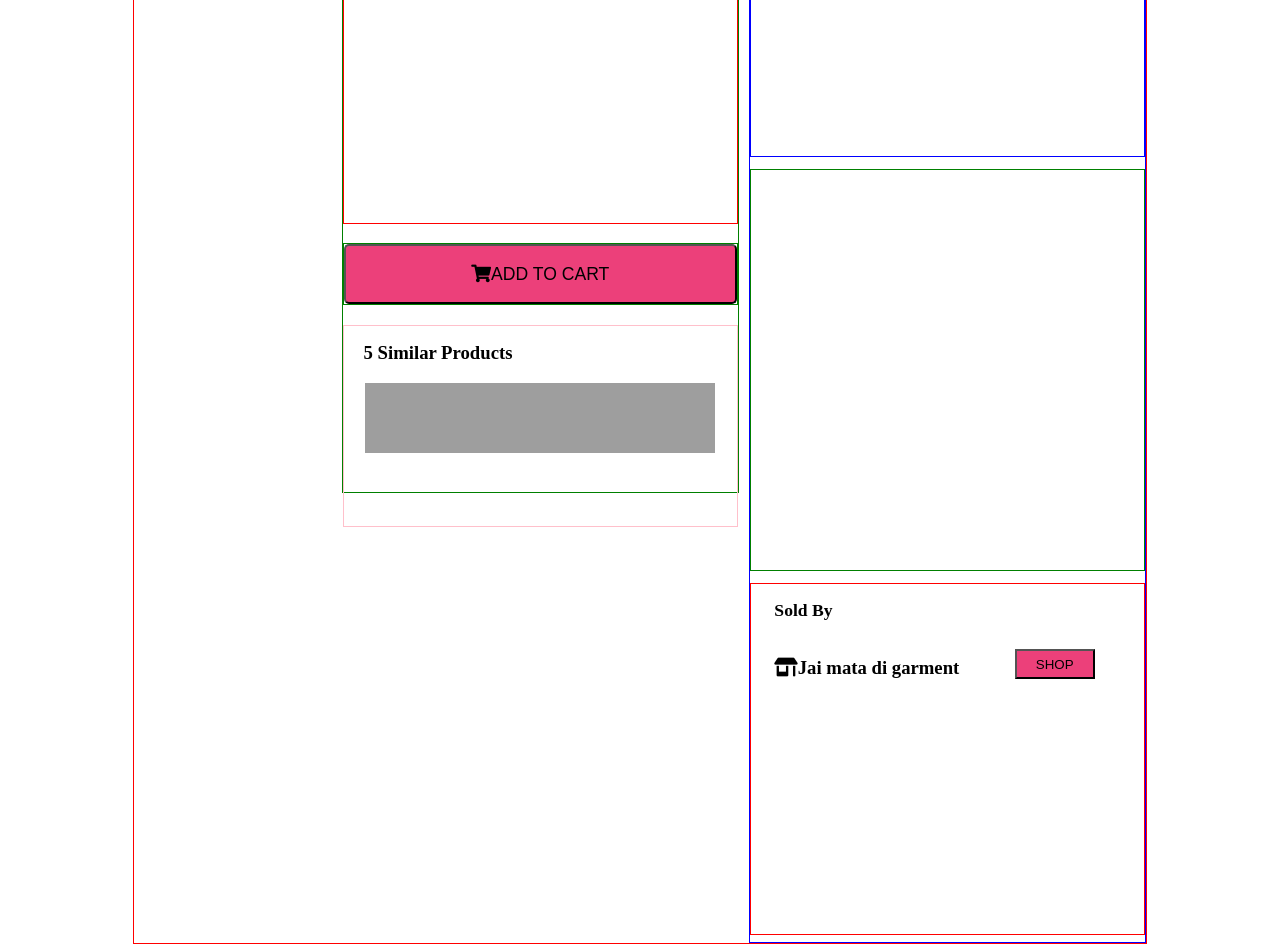
Repository: deepakxxxx/meesho
Page: catelog.html
These files come from the project's save history. The page is drawn as it stood at one moment and after the next save; the edit follows.
The browser window is 1280 px wide. The pictures show the part of the page from y = 419 to 1371 px (the page is 1371 px tall).
Pictures or frames that could not be fetched are drawn as grey boxes. A picture or video elsewhere on the page could not be fetched, so the positions and the page height are approximate.

Above is the page before, as saved 2021-11-06 17:46:54.

### catelog.html
<!DOCTYPE html>
<html lang="en">
<head>
    <meta charset="UTF-8">
    <meta http-equiv="X-UA-Compatible" content="IE=edge">
    <meta name="viewport" content="width=device-width, initial-scale=1.0">
    <link rel="stylesheet" href="https://use.fontawesome.com/releases/v5.15.4/css/all.css" integrity="sha384-DyZ88mC6Up2uqS4h/KRgHuoeGwBcD4Ng9SiP4dIRy0EXTlnuz47vAwmeGwVChigm" crossorigin="anonymous">
    <title>Document</title>
</head>
<style>
      #main{
        width: 100%;
        height: 136px;
        border: 1px solid white;
        margin: auto;
        /* position: fixed; */
    }
    #top{
        width: 100%;
        height: 70px;
        /* border: 1px solid red; */
        display: flex;

    }
    #left{
        display: flex;
        width: 55%;
    }
    #meesho{
      text-decoration: none;
      font-size: 50px;
      color: #F06292;
      font-weight: bold;
      margin-left: 25%;
      margin-top: 1%;
      /* margin-right: 0px; */
    }
    #search{
        /* margin-left: 30%; */
        height: 60px;
        width: 400px;
        border-radius: 6px;
        margin-top: 1%;
        /* margin-left: 0px; */
        border: 1px solid #BDBDBD;
        font-size: 90%;
        /* margin-right: 60%; */
    }
    #right{
        display: flex;
        list-style-type: none;
        column-gap: 30px;

    }
    #rightmain{
        width: 45%;
        margin-right: 6%;
        /* margin-top: 9px; */
    }
    #app{
        text-decoration: none;
        margin-left: 10px;
        margin-top: 9px;
        font-size: 103%;
        color: black;
    }
    #supp{
        text-decoration: none;
        margin-top: 9px;
        font-size: 103%;
        color: black;
    }
    #profile{
        text-decoration: none;
        font-size: 103%;
        color: black;
    }
    #cart{
        text-decoration: none;
        font-size: 103%;
        color: black;
    }
    #app:hover{
        color: #EC407A;
        text-decoration: underline;
    }
    #profile:hover{
        color: #EC407A;
        text-decoration: underline;
    }
    .line1{
        height: 30px;
    }
    .line2{
        color: #BDBDBD;
    }
    #heading
    {
        width: 73%;
        margin:  5% auto auto auto ;
        display: grid;
        grid-template-columns: 23% 54% 23%;
        padding: 1%;
        position: sticky;
    }
    #topic{
        margin-top:-15px;
        text-align: center;
    }
    #collection{
        display: flex;
        margin-left: 2%;
        list-style-type: none;
        font-size: 105%;
        column-gap: 63px;

    }
    ul > a{
        text-decoration: none;
        color: black;
    }
    ul > a :hover{
        color: #EC407A;
        /* text-decoration: underline; */
    }
    #container{
        width: 80%;
        border: 1px solid red;
        margin: auto;
        display: flex;
        margin-top: 1%;
        column-gap: 1%;
    }
    #smallImg{
        width: 20%;
        /* border: 1px solid blue; */
        height: 300px;
    }
    #bigImg{
        width: 40%;
        border: 1px solid green;
        height: 750px;
    }
    #descr{
        width: 40%;
        border: 1px solid blue;
        height: 1200px;
    }
    .product_sneek_peek{
        width: 70px;
        height: 70px;
        border: 1px solid red;
        margin-left: 69%;
        border-radius: 5px;
    }
    #imgDi{
        width: 99.5%;
        height: 480px;
        border: 1px solid red;
    }
    #addto{
        width: 99.5%;
        height: 60px;
        border: 1px solid green;
        margin-top: 5%;
    }
    #addto > button{
        width: 100%;
        height: 100%;
        background-color: #EC407A;
        font-size: 110%;
        border-radius: 5px;
    }
    #similar{
        width: 99.5%;
        height: 200px;
        border: 1px solid pink;
        margin-top: 5%;
    }
    #deta{
        width: 99.5%;
        height: 200px;
        border: 1px solid red;
    }
    #sizes{
        width: 99.5%;
        height: 200px;
        border: 1px solid blue;
        margin-top: 3%;
    }
    #infor{
        width: 99.5%;
        height: 400px;
        border: 1px solid green;
        margin-top: 3%;
    }
    #deler{
        width: 99.5%;
        height: 350px;
        border: 1px solid red;
        margin-top: 3%;
    }
    #similar > h3{
        margin-left: 5%;
        margin-top: 4%;
    }
    #simimg{
        display: flex;
        justify-content: center;
    }
    #simimg > img{
        width: 70px;
        height: 70px;
    }
    #deler > h3{
        margin-top: 4%;
        margin-left: 6%;
        font-size: 110%;
    }
    #sho{
        display: flex;
        margin-left: 6%;
        column-gap: 15%;
    }
    #sho > button{
        width: 80px;
        height: 30px;
        margin-top: 3%;
        background-color: #EC407A;
    }
</style>
<body>
    <div id="main">

        <div id="top">
            <div id="left">
             <span><a href="" id="meesho"><img src="https://cdn.hevodata.com/customer/logo/8c76f62bd88177a78bb6e2810a244446.png" alt="" rel = "icon" width="40%"></span></a>
             <span><input type="search" id="search" placeholder="Try Saree,Kurti or Search by Product Code"> </span>
            </div>
            <div id="rightmain">
                <ul id="right">
                    <div id="app">
                      <li><a href="" id="app"><i class="fas fa-mobile-alt"></i></a><a href="" id="app">Download App</a></li>

                    </div>
                    <hr class="line1">
                    <div id="supp">
                      <li><a href="" id="supp">Become a Supplier</a></li>

                    </div>
                    <hr class="line1">
                    <div>
                       <a href="" id="profile"><i class="far fa-user"></i></a>
                      <li><a href="" id="profile">Profile</a></li>
                    </div>

                    <hr class="line1">
                    <div>
                      <a href="" id="cart"><i class="fas fa-shopping-cart"></i></a>
                      <li><a href="" id="cart">Cart</a></li></li>
                    </div>

                </ul>
            </div>
        </div>

        <hr class="line2">
        <div id="secondLine">
        <ul id="collection">
            <a href="" class="same"><li>Women Ethnic</li></a>

            <a href="" class="same"><li>Women Western</li></a>

            <a href="" class="same"><li>Jewellery & Accessories</li></a>
            <a href="" class="same"><li>Men</li></a>
            <a href="" class="same"><li>Beauty & Health</li></a>
            <a href="" class="same"><li>Bags & Footwear</li></a>
            <a href="" class="same"><li>Home & Kitchen</li></a>
            <a href="" class="same"><li>Kids</li></a>
            <a href="" class="same"><li>Electronics</li></a>
        </ul>
      </div>
      <hr class="line2">
    </div>

    <div id="container">
        <div id="smallImg">
            <div class="product_sneek_peek">

            </div>
        </div>
        <div id="bigImg">
            <div id="imgDi">

            </div>
            <div id="addto">
                <button><i class="fas fa-shopping-cart"></i>ADD TO CART</button>
            </div>
            <div id="similar">
            <h3>5 Similar Products</h3>
            <div id="simimg">
                <img src="https://images.meesho.com/images/products/59272960/fddtp_512.jpg"/>
                <img src="https://images.meesho.com/images/products/59272964/a4l8y_512.jpg"/>
                <img src="https://images.meesho.com/images/products/59272962/azz7k_512.jpg"/>
                <img src="https://images.meesho.com/images/products/59272963/a5qjv_512.jpg"/>
                <img src="https://images.meesho.com/images/products/59272961/mx9tt_512.jpg"/>
            </div>
            </div>
        </div>
        <div id="descr">
            <div id="deta"></div>
            <div id="sizes"></div>
            <div id="infor"></div>
            <div id="deler">
                <h3>Sold By</h3>
                <div id="sho">
                    <h3><i class="fas fa-store-alt"></i>Jai mata di garment</h3>
                    <button>SHOP</button>
                </div>

            </div>
        </div>
    </div>
</body>
</html>

After the next save:
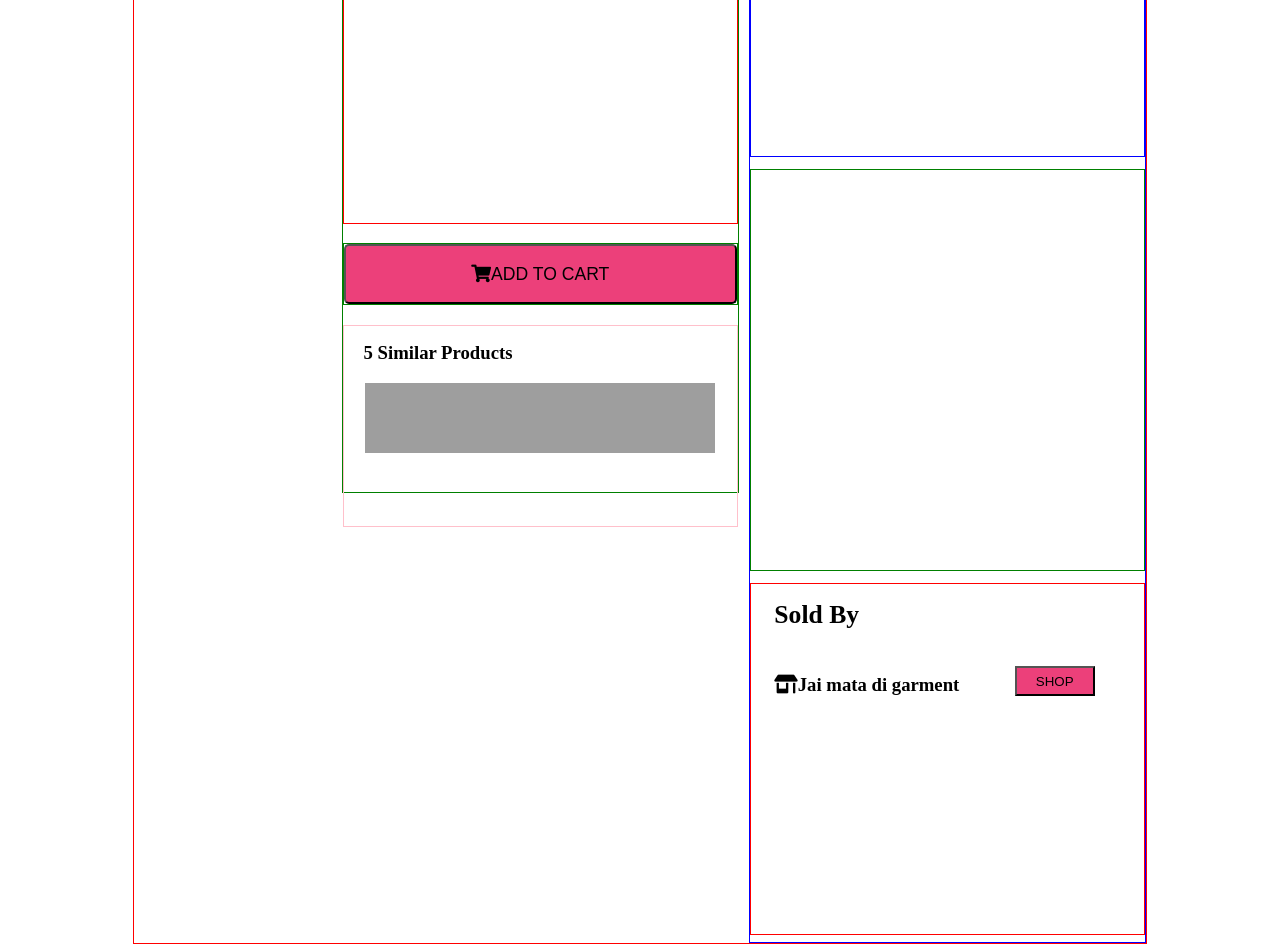
Saved 6 s later.
--- a/catelog.html
+++ b/catelog.html
@@ -215,7 +215,7 @@
     #deler > h3{
         margin-top: 4%;
         margin-left: 6%;
-        font-size: 110%;
+        font-size: 160%;
     }
     #sho{
         display: flex;
